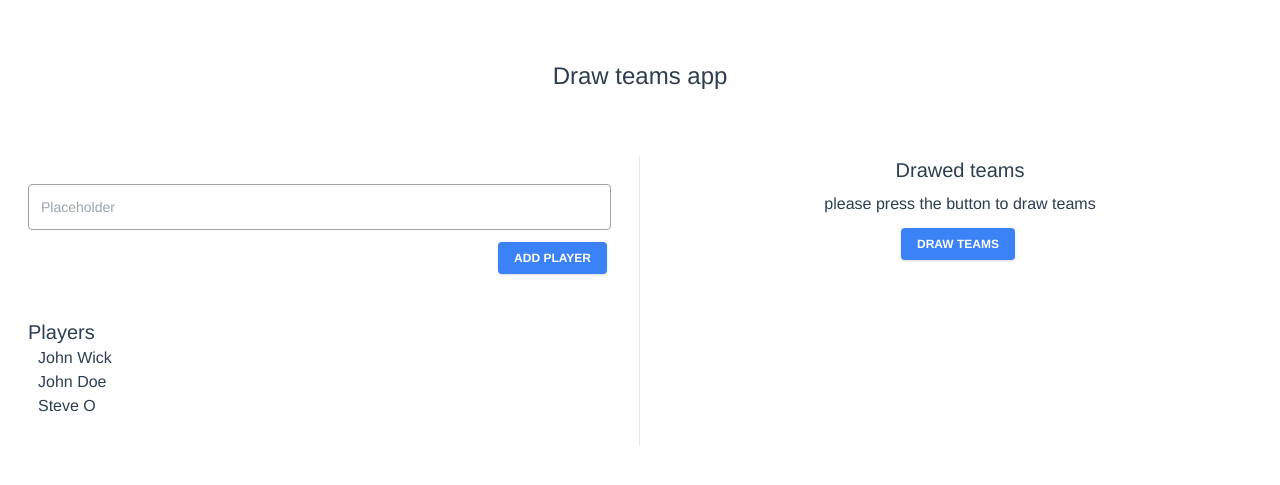
Repository: AlekJanevski/draw-teams-app
Page: /
These files come from the project's save history. The page is drawn as it stood at one moment and after the next save; the edit follows.
The browser window is 1280 px wide. The pictures show the whole page.
The project was rebuilt for these pictures with package versions that can differ from the ones it lists, and the page was loaded fresh each time.

Above is the page before, as saved 2021-03-18 21:24:24.

### src/components/HelloWorld.vue
<template>
  <div>
    <h1 class="mb-16 text-2xl">Draw teams app</h1>

    <!-- Add user wrapper starts -->
    <div class="float-left w-1/2 h-full mb-3 border-r p-7">
      <form name="add-user" method="post" @submit.prevent="addUser">
        <!-- Add user input starts -->
        <input
          v-model="userInput"
          type="text"
          placeholder="Placeholder"
          class="relative w-full px-3 py-3 text-sm text-gray-700 placeholder-gray-400 bg-white border border-gray-400 rounded outline-none focus:outline-none focus:shadow-outline"
        />
        <!-- Add user input ends -->

        <!-- Add user button starts -->
        <button class="float-right px-4 py-2 mt-3 mb-1 mr-1 text-xs font-bold text-white uppercase bg-blue-500 rounded shadow outline-none active:bg-blue-600 hover:shadow-md focus:outline-none" type="submit" style="transition: all .15s ease">
          Add player
        </button>
        <!-- Add button ends -->
      </form>

      <div v-if="users.length" class="flex flex-col items-start justify-start w-full">
        <h3 class="block text-xl">Players</h3>
        <ul class="flex flex-col items-start justify-start">
          <li v-for="(user, id) in users" :key="id" class="m-0">
            {{ user.name }}
          </li>
        </ul>
      </div>
    </div>
    <!-- Add user wrapper ends -->


    <div class="flex flex-col items-center justify-center float-left w-1/2">
        <span class="block mb-2 text-xl">Drawed teams</span>
        <span>please press the button to draw teams</span>
        <button class="float-right px-4 py-2 mt-3 mb-1 mr-1 text-xs font-bold text-white uppercase bg-blue-500 rounded shadow outline-none active:bg-blue-600 hover:shadow-md focus:outline-none" type="submit" style="transition: all .15s ease">
          Draw teams
        </button>
    </div>

  </div>
</template>

<script>
export default {
  name: 'HelloWorld',

  data() {
    return {
      users: [
        { id: 1, name: 'John Wick' },
        { id: 2, name: 'John Doe' },
        { id: 3, name: 'Steve O' }
      ],
      userInput: '',
      drawTeam: false
    }
  },

  methods: {
    addUser() {
        this.users.push({
          id:this.users.length+1,
          name: this.userInput
      });

      this.userInput = '';
    }
  }
}
</script>

<!-- Add "scoped" attribute to limit CSS to this component only -->
<style scoped>
h3 {
  margin: 40px 0 0;
}
ul {
  list-style-type: none;
  padding: 0;
}
li {
  display: inline-block;
  margin: 0 10px;
}
a {
  color: #42b983;
}
</style>

Loaded but not shown: public/index.html (common file); src/main.js (common file); src/App.vue (common file); src/index.css (common file); tailwind.config.js (common file)

After the next save:
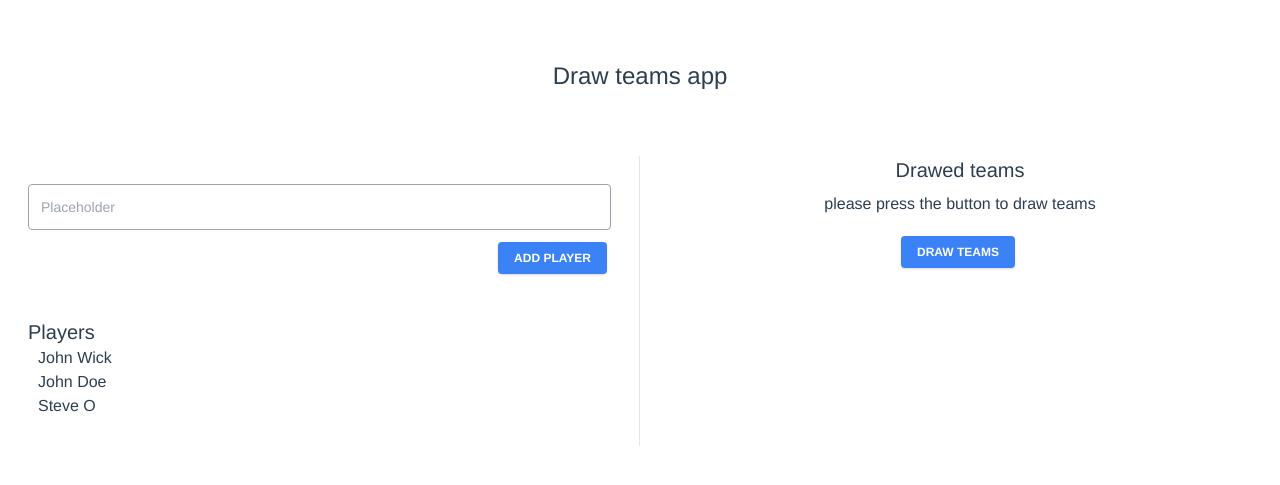
Saved 20 s later.
--- a/src/components/HelloWorld.vue
+++ b/src/components/HelloWorld.vue
@@ -36,7 +36,7 @@
     <div class="flex flex-col items-center justify-center float-left w-1/2">
         <span class="block mb-2 text-xl">Drawed teams</span>
         <span>please press the button to draw teams</span>
-        <button class="float-right px-4 py-2 mt-3 mb-1 mr-1 text-xs font-bold text-white uppercase bg-blue-500 rounded shadow outline-none active:bg-blue-600 hover:shadow-md focus:outline-none" type="submit" style="transition: all .15s ease">
+        <button class="float-right px-4 py-2 mt-5 mb-1 mr-1 text-xs font-bold text-white uppercase bg-blue-500 rounded shadow outline-none active:bg-blue-600 hover:shadow-md focus:outline-none" type="submit" style="transition: all .15s ease">
           Draw teams
         </button>
     </div>
